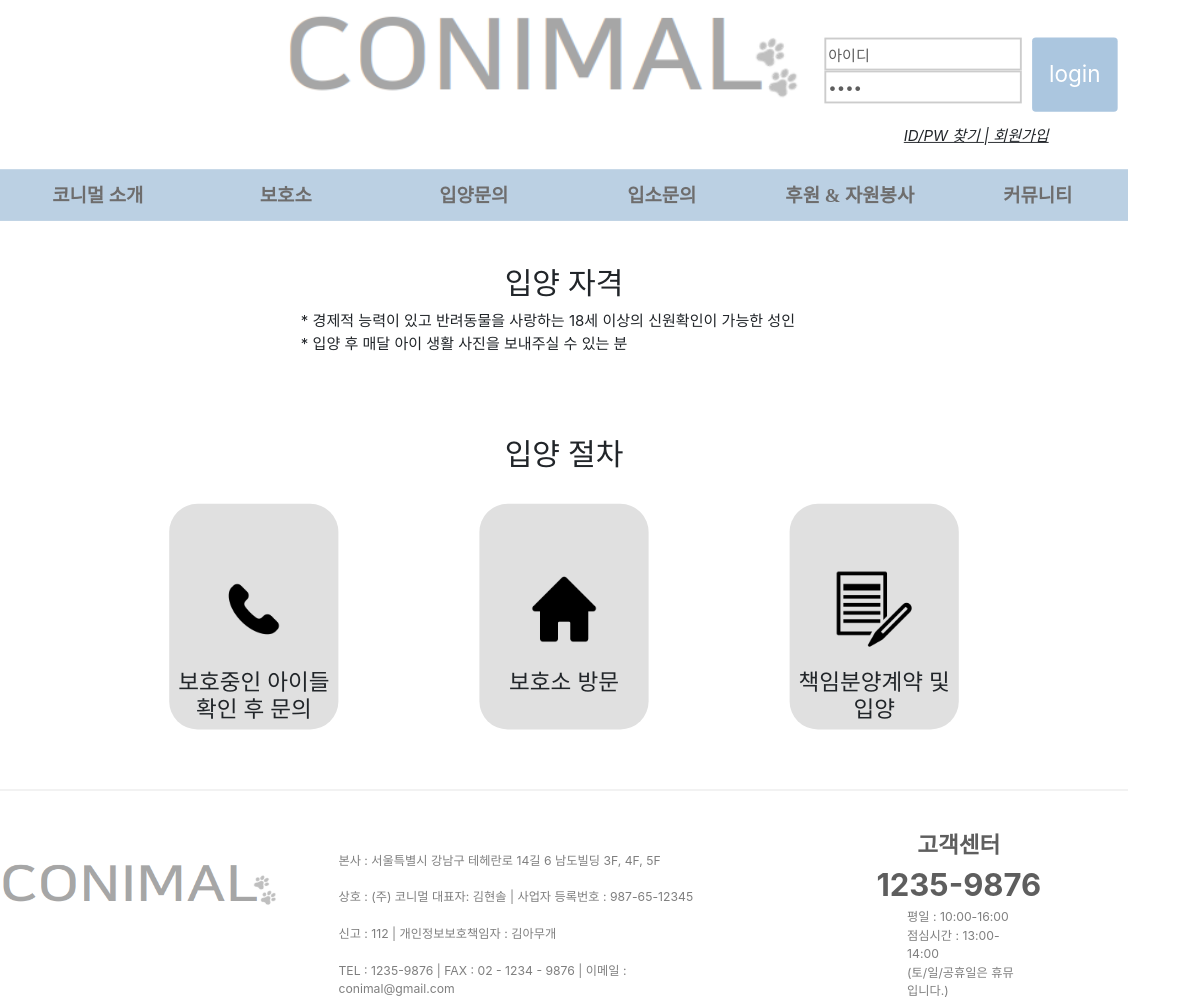
Repository: rlagusthf12/SemiProject
Page: http://localhost/conimal/views/adopt/adoptionProcessView.jsp
These files come from the project's save history. The page is drawn as it stood at one moment and after the next save; the edit follows.
The browser window is 1280 px wide. The pictures show the whole page, at 94% of full size.
The page is served by Tomcat 9. Nobody is signed in. The application's start-up code is not run. Other server files are loaded and not shown.

Above is the page before, as saved 2021-05-26 01:37:45.

### conimal/WebContent/views/adopt/adoptionProcessView.jsp
<%@ page language="java" contentType="text/html; charset=UTF-8"
    pageEncoding="UTF-8"%>
<!DOCTYPE html>
<html>
<head>
<meta charset="UTF-8">
<title>Insert title here</title>
<style>
	body{
		width: 1200px;
		margin: auto;
	}
	.info{margin-left: 320px;}
	.process-area{
		display: flex;
		justify-content: space-between;
		margin-left: 15%;
		margin-right: 15%;
	}
	.pa{
		background: #e0e0e0;
		width: 180px;
		height: 240px;
		border-radius: 30px;
	}
	.pic{
		border: 1px solid black;
		width: 75px;
		height: 75px;
	}
</style>
</head>
<body>

	<%@ include file="../common/menubar.jsp" %>

	<br><br>

	<h2 align="center">입양 자격</h2>

	<p class="info">
		* 경제적 능력이 있고 반려동물을 사랑하는 18세 이상의 신원확인이 가능한 성인<br>
		* 입양 후 매달 아이 생활 사진을 보내주실 수 있는 분
	</p>

	<br><br><br>

	<h2 align="center">입양 절차</h2>

	<br>

	<div class="process-area">
		<div class="pa" align="center">
			<br><br><br>
			<img src="../../resources/images/phone.png" width="80">
			<br><br>
			<h4>보호중인 아이들 확인 후 문의</h4>
		</div>
		<div class="pa" align="center">
			<br><br><br>
			<img src="../../resources/images/house.png" width="80">
			<br><br>
			<h4>보호소 방문</h4>
		</div>
		<div class="pa" align="center">
			<br><br><br>
			<img src="../../resources/images/document.png" width="80">
			<br><br>
			<h4>책임분양계약 및 입양</h4>
		</div>
	</div>

	<br><br>

	<%@ include file="../common/footerbar.jsp" %>

</body>
</html>

### conimal/WebContent/views/common/menubar.jsp
<%@ page language="java" contentType="text/html; charset=UTF-8"
    pageEncoding="UTF-8"%>
<%
	String contextPath = request.getContextPath();

	String alertMsg = (String)session.getAttribute("alertMsg");
%>
<!DOCTYPE html>
<html>
<head>
<meta charset="UTF-8">
<title>Insert title here</title>

<!-- Latest compiled and minified CSS -->
<link rel="stylesheet" href="https://maxcdn.bootstrapcdn.com/bootstrap/4.5.2/css/bootstrap.min.css">
<!-- jQuery library -->
<script src="https://ajax.googleapis.com/ajax/libs/jquery/3.5.1/jquery.min.js"></script>
<!-- Popper JS -->
<script src="https://cdnjs.cloudflare.com/ajax/libs/popper.js/1.16.0/umd/popper.min.js"></script>
<!-- Latest compiled JavaScript -->
<script src="https://maxcdn.bootstrapcdn.com/bootstrap/4.5.2/js/bootstrap.min.js"></script>

<style>
    .on{
         width: 1200px;
         height: 180px;
         margin: 0 auto;
         }
    .mainLogo{

        margin-left: 302px;

    }

    .login {
        float:right;
        margin-top:40px;
     }
   #loginform>*{

    float:left;
    }
    .id_pwd{width: 65%; height: 70px; } .loginbtn{width: 35%;}

    .pwd,.id{
        color: rgb(94, 94, 94);
        border-style: solid;
        border-color: rgb(204, 204, 204);
        width:100%;
        height:50%;
    }
    .loginbtn>input{
        font-size: 24px;
        width: 80%;
        height: 100%;
        color: rgb(255, 255, 255);
        line-height: 3.2em;
        background-color: rgb(171, 198, 223);
        text-align: center;
        border-radius: 4px;
        border:0px;
    }

    .find{
    text-decoration-line: underline;
    font-style: italic;
    font-size: 16px;
    line-height: 3.2em;
    }

    .navi{
            width: 1200px; height: 55px;
            background-color: rgb(187, 208, 227);
            margin: 0 auto;
     }
     #navi1{
            list-style-type:none;
            margin:0;
            padding:0;
            height:100%;
            text-decoration:none;

        }

        #navi1>li{
            margin-left: 8px;
            float:left;
            width:16%;
            height:100%;
            text-align:center;
        }
        #navi1 a{
            line-height: 2.8em;
            font-size: 20px;
            color: rgb(110, 109, 109);
            font-family: HanSans;
            width: 16.6%;
            font-weight: bold;
            cursor:pointer;
            height:100%;
            width:100%;
            display:block;
            text-decoration:none;
            z-index: 6;
        }
        #navi1 a:hover{color: white;}
        #navi1>li>ul{
            list-style-type:none;
            display:none;
            margin-top:0px;
            padding:10px;
            background-color: rgb(184, 183, 183);
            font-family: HanSans;
            line-height: 2.8em;
            font-size: 20px;
            position: relative;
            z-index: 6;
        }
        #navi1>li>ul a{font-size:15px;}
        #navi1>li>a:hover+ul{display:block;}
        #navi1>li>ul:hover{display:block;}
     </style>
</head>

<body>

	<script>
		var msg = "<%= alertMsg %>";
		// var msg = "메세지" / "null"

		if(msg != "null") {
			alert(msg);
			// 알림창을 띄워준 후 session에 담긴 해당 메시지는 지워줘야한다
			// 안그러면 menubar.jsp가 로딩될때마다 매번 alert가 뜸
			<% session.removeAttribute("alertMsg"); %>
		}
	</script>

            <div class="on">

                    <image src="resources/images/mainLogo.png" width="558px" height="120px" class="mainLogo">

                        <div class="login" align="center">

                            <form action="" id="loginform">

                                <div class="id_pwd">
                                    <input type="text" class="id" value="아이디"><br>
                                    <input type="password" class="pwd" value="비밀번호" >
                                </div>

                                <div class="loginbtn">
                                    <input type="submit" value="login">
                                </div>
                            </form>
                            <span class="find">ID/PW 찾기 | 회원가입</span>
                        </div>

            </div>
            <div class="navi">
                    <ul id="navi1" >
                        <li><a href="">코니멀 소개</a></li>
                        <li><a href="">보호소</a></li>
                        <li><a href="">입양문의</a>
                            <ul>
                                <li><a href="">보호중인 동물</a></li>
                                <li><a href="<%=contextPath%>/process.ad">입양 절차</a></li>
                                <li><a href="">입양 신청</a></li>
                                <li><a href="">입양 후기</a></li>
                            </ul>
                        </li>
                        <li><a href="">입소문의</a>
                            <ul>
                                <li><a href="<%=contextPath%>/process.en">입소 절차</a></li>
                                <li><a href="">입소 신청</a></li>
                            </ul>
                        </li>
                        <li><a href="">후원 &amp; 자원봉사</a>
                        <ul>
                            <li><a href="<%=contextPath%>/list.vo?currentPage=1">자원봉사</a></li>
                            <li><a href="<%=contextPath%>/list.do?currentPage=1">후원</a></li>
                        </ul>
                      </li>
                        <li><a href="">커뮤니티</a>
                        <ul>
                            <li><a href="">자유 게시판</a></li>
                            <li><a href="">공지사항</a></li>
                            <li><a href="">고객센터</a></li>
                        </ul>
                    </li>
                    </ul>
            </div>


</body>
</html>

### conimal/WebContent/views/common/footerbar.jsp
<%@ page language="java" contentType="text/html; charset=UTF-8"
    pageEncoding="UTF-8"%>
<!DOCTYPE html>
<html>
<head>
<meta charset="UTF-8">
<title>Insert title here</title>
<style>


 .footerbar{

         width: 1200px;
         height: 180px;
         margin: 0 auto;
     }
     .call{
         width:30%;
         height: 100%;
         float:left;
         margin-left: 60px;
     }

     .minLogo{

         padding-top: 30px;
         height: 100%;
         float:left;
     }
     .ex{
        width:40%;
        float:left;
        height:100%;
        padding-top: 25px;
    }
     .ect{

        font-size: 13px;
        color: rgb(127, 127, 127);
        text-align: left;
        width:450px;
        padding-left: 60px;

     }
     .ect2{
        font-weight: bold; font-size: 24px; text-align: center; color: rgb(94, 94, 94);
     }
     .ect3{
        font-weight: bold; font-size: 33px; text-align: center; color: rgb(94, 94, 94);
     }
     #al{
        width: 250px;
        padding-left: 125px;
     }


</style>
</head>
<body>
            <hr>
            <br>
            <div class="footerbar">
            <div class="minLogo">
                <div>
                 <image src="resources/images/mainLogo.png" width="300" height="60"></image>
                </div>
            </div>
            <div class="ex">
             <div class="ect">
                    본사 : 서울특별시 강남구 테헤란로 14길 6 남도빌딩 3F, 4F, 5F<br><br>

                    상호 : (주) 코니멀 대표자: 김현솔 | 사업자 등록번호 : 987-65-12345 <br><br>

                    신고 : 112 | 개인정보보호책임자 : 김아무개<br><br>

                    TEL : 1235-9876 | FAX : 02 - 1234 - 9876 | 이메일  :  conimal@gmail.com
              </div>
            </div>


            <div class="call">
                <div class="ect2" >
                    고객센터
                    <div class="ect3">
                    1235-9876

                    </div>
                </div>

                <div class="ect" id="al">
                    평일 : 10:00-16:00<br>
                    점심시간 : 13:00-14:00<br>
                    (토/일/공휴일은 휴뮤입니다.)
                </div>

            </div>
            </div>


</body>
</html>

After the next save:
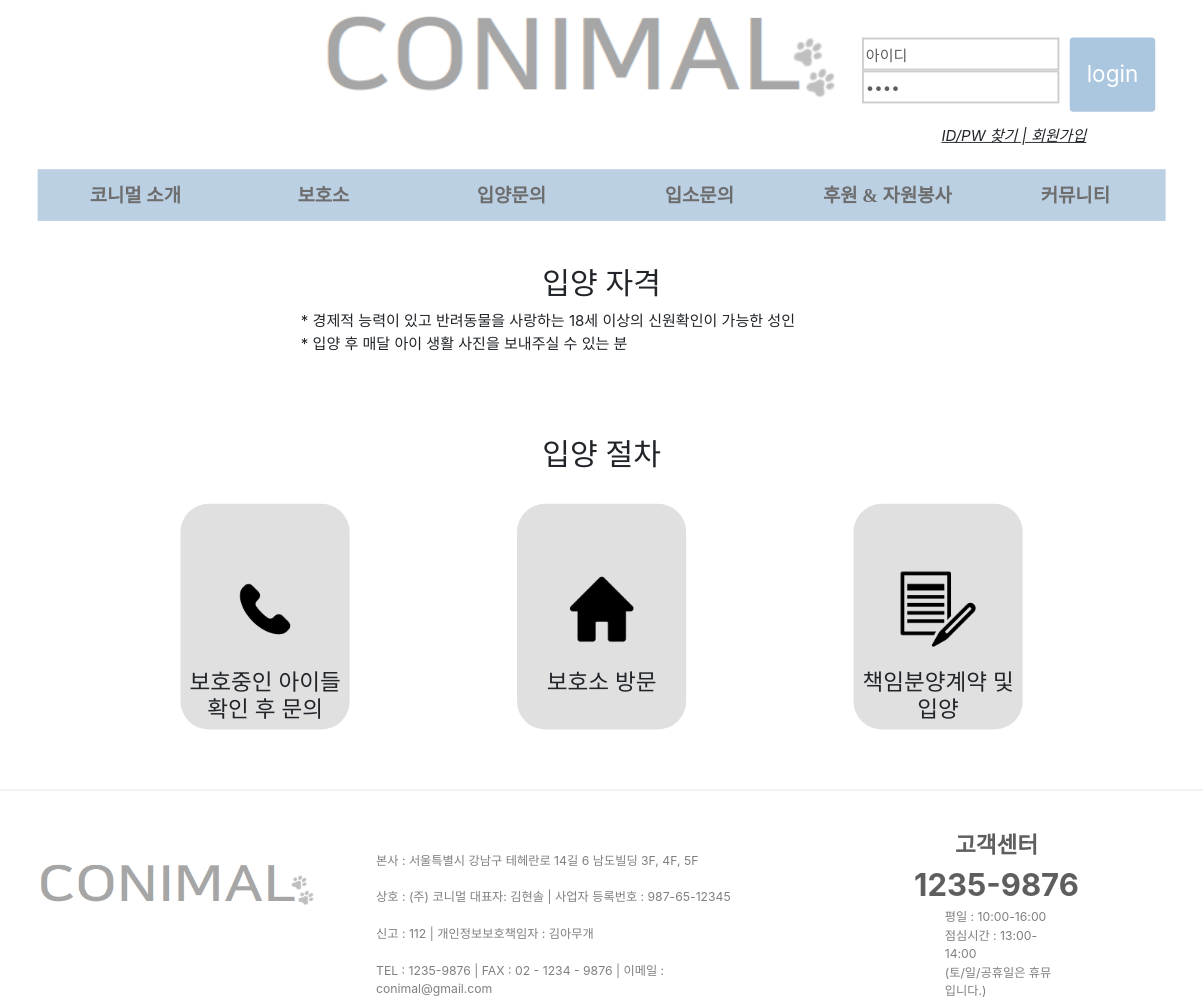
Saved 4 h 58 min later.
--- a/conimal/WebContent/views/adopt/adoptionProcessView.jsp
+++ b/conimal/WebContent/views/adopt/adoptionProcessView.jsp
@@ -6,10 +6,7 @@
 <meta charset="UTF-8">
 <title>Insert title here</title>
 <style>
-	body{
-		width: 1200px;
-		margin: auto;
-	}
+
 	.info{margin-left: 320px;}
 	.process-area{
 		display: flex;

After the save that followed:
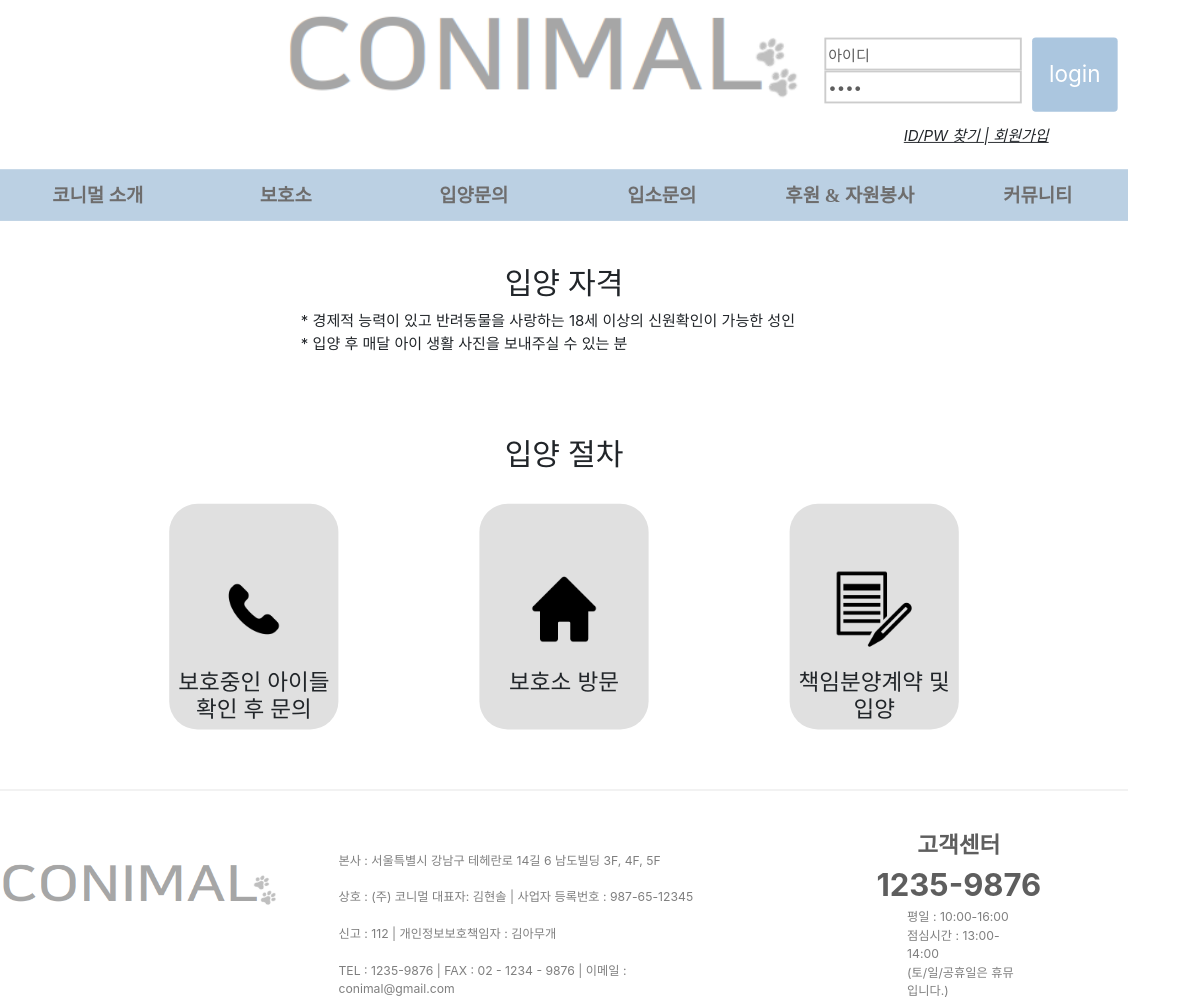
Saved 26 s later.
--- a/conimal/WebContent/views/adopt/adoptionProcessView.jsp
+++ b/conimal/WebContent/views/adopt/adoptionProcessView.jsp
@@ -6,7 +6,10 @@
 <meta charset="UTF-8">
 <title>Insert title here</title>
 <style>
-
+	body{
+		width: 1200px;
+		margin: auto;
+	}
 	.info{margin-left: 320px;}
 	.process-area{
 		display: flex;
